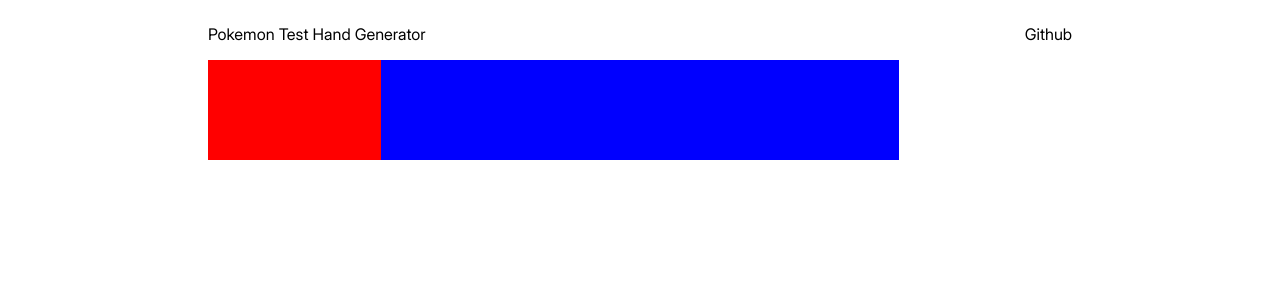
Repository: danielj1415/test-hand-simulator
Page: /
The author's editor kept a copy of each file at every save. The page is drawn from the files as they stood at one save, then again after the next save.
The browser window is 1280 px wide. The pictures show the whole page.
The project was rebuilt for these pictures with package versions that can differ from the ones it lists, and the page was loaded fresh each time. Also part of the build but not shown: vite.config.ts, src/index.css.

Above is the page before, as saved 2024-10-30 17:30:38.

After the next save:
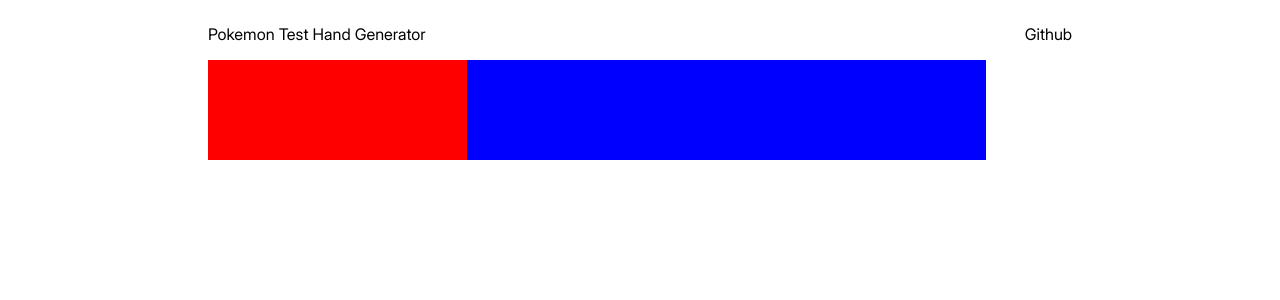
Saved 6 s later.
--- a/src/App.css
+++ b/src/App.css
@@ -24,7 +24,7 @@ p{
 }
 
 .inputDeck{
-  width: 20%;
+  width: 30%;
   background-color: red;
   height: 100px;
 }
